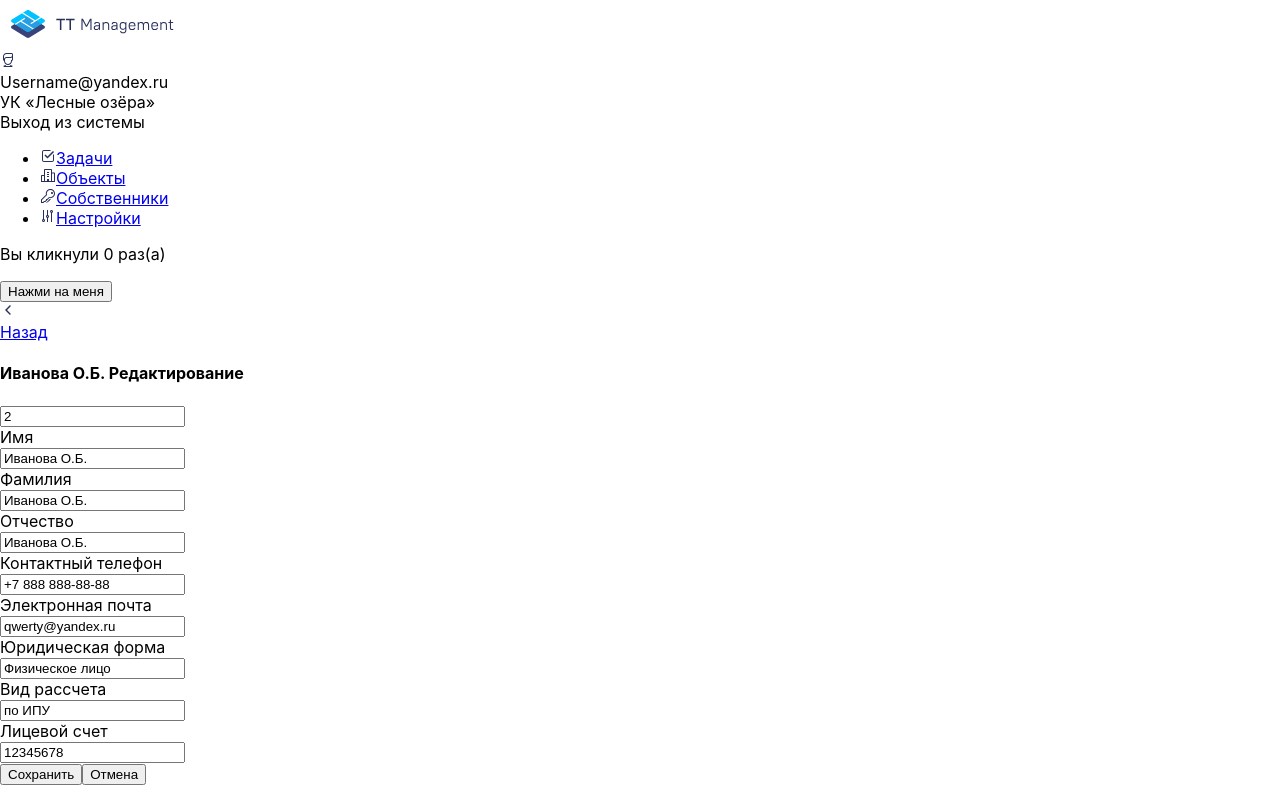
Repository: TryBr/tt-management
Page: /owners/1/edit
The author's editor kept a copy of each file at every save. The page is drawn from the files as they stood at one save, then again after the next save.
The browser window is 1280 px wide. The pictures show the whole page.
The project was rebuilt for these pictures with package versions that can differ from the ones it lists, and the page was loaded fresh each time. Also part of the build but not shown: src/App.css, src/TaskDetail.js, src/Owners.js, src/OwnerDetail.js.

Above is the page before, as saved 2020-07-21 13:07:33.

After the next save:
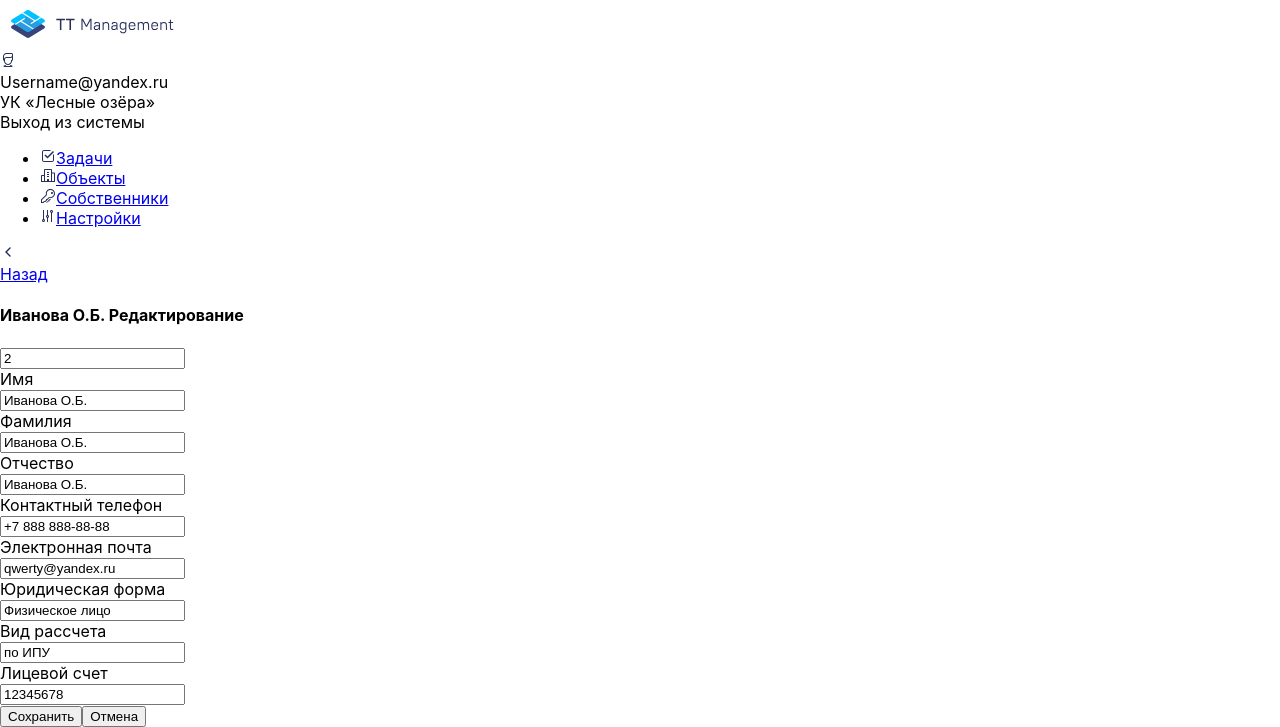
Saved 45 s later.
--- a/src/OwnerEdit.js
+++ b/src/OwnerEdit.js
@@ -17,30 +17,16 @@ const BackIcon = () => (
 
 const OwnerEdit = ({ owner, onOwnEdit }) => {
 
-    const [owners, setOwners] = useState({
-        owners: owner
-    });
-
-    const [count, setCount] = useState(0);
-
     let { id } = useParams();
     let { url } = useRouteMatch();
 
     const onFinish = values => {
         onOwnEdit(values);
-        setOwners({
-            ...owners,
-            owners: values
-        });
     };
 
     return (
 
         <div className="owner-detail">
-            <p>Вы кликнули {count} раз(а)</p>
-            <button onClick={() => setCount(count + 1)}>
-                Нажми на меня
-            </button>
             <Link to={`/owners/${id}`}>
                 <PageHeader
                     className="site-page-header"
